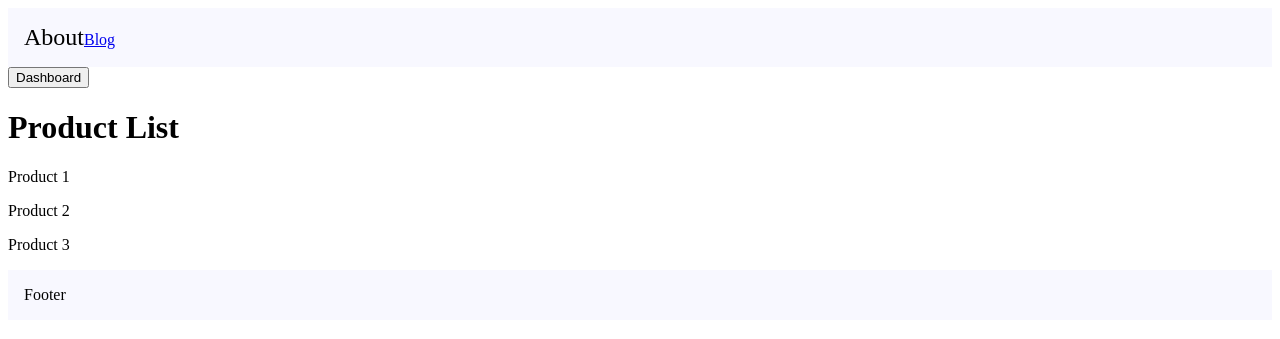
Repository: Mbote-Joseph/Nextjs-Learning
Page: /products
These files come from the project's save history. The page is drawn as it stood at one moment and after the next save; the edit follows.
The browser window is 1280 px wide. The pictures show the whole page.
The project was rebuilt for these pictures with package versions that can differ from the ones it lists, and the page was loaded fresh each time. The framework's server and built-in components were replaced by stand-ins that run in the browser. Also part of the build but not shown: next.config.mjs.

Above is the page before, as saved 2024-09-17 17:47:06.

### src/app/layout.tsx
import { Metadata } from "next"
import Header from "./header"
import Footer from "./footer"

export const metadata: Metadata = {
  title: {
    absolute: "",
    default: "Next.js Tutorial - CodeVolution",
    template: "%s | Learning Next",
  },
  description: 'Generated by Next.js',
}

export default function RootLayout({
  children,
}: {
  children: React.ReactNode
}) {
  return (
    <html lang="en">
      <body>

        <Header />

        {children}

        <Footer/>

        </body>
    </html>
  )
}

### src/app/products/page.tsx
'use client'
import { useRouter } from "next/navigation"

export default function ProductList(){
    const router = useRouter();

    return (
        <>
        <button type='button' onClick={()=>router.push('/dashboard')}>Dashboard</button>
        <h1>Product List</h1>
        <p>Product 1</p>
        <p>Product 2</p>
        <p>Product 3</p>
        </>
    )
}

### src/app/header.tsx
import Link from 'next/link'
export default function Header() {
    return (
        <header className="header" style={{
            backgroundColor: "ghostwhite",
            padding: "1rem",
        }}>
            <Link style={{
                color: "black",
                textDecoration: "none",
                fontSize: "1.5rem",

            }} href="/about">About</Link>
            <Link href="/blog">Blog</Link>

        </header>
    )
}

### src/app/footer.tsx
export default function Footer(){
    return (
        <footer style={{
            backgroundColor: "ghostwhite",
            padding: "1rem",
          }}>
            Footer
          </footer>

    )
}

After the next save:
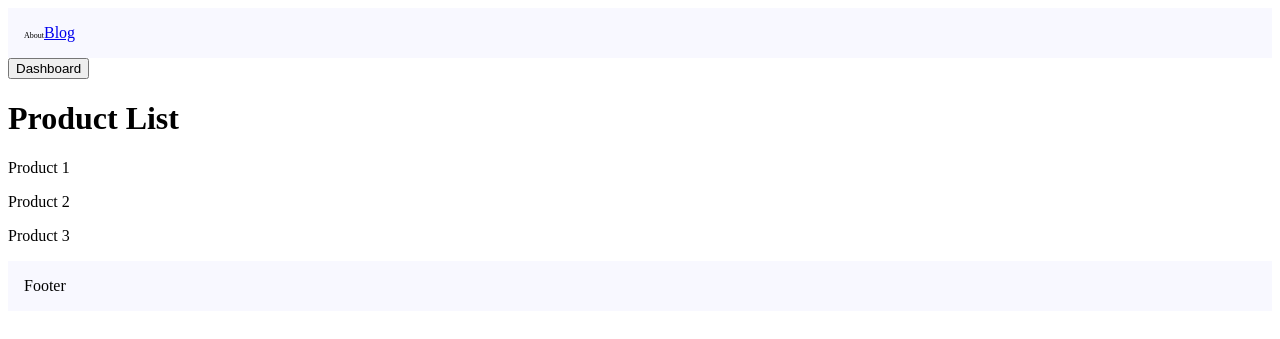
Saved 9 s later.
--- a/src/app/header.tsx
+++ b/src/app/header.tsx
@@ -8,7 +8,7 @@ export default function Header() {
             <Link style={{
                 color: "black",
                 textDecoration: "none",
-                fontSize: "1.5rem",
+                fontSize: "0.5rem",
 
             }} href="/about">About</Link>
             <Link href="/blog">Blog</Link>
